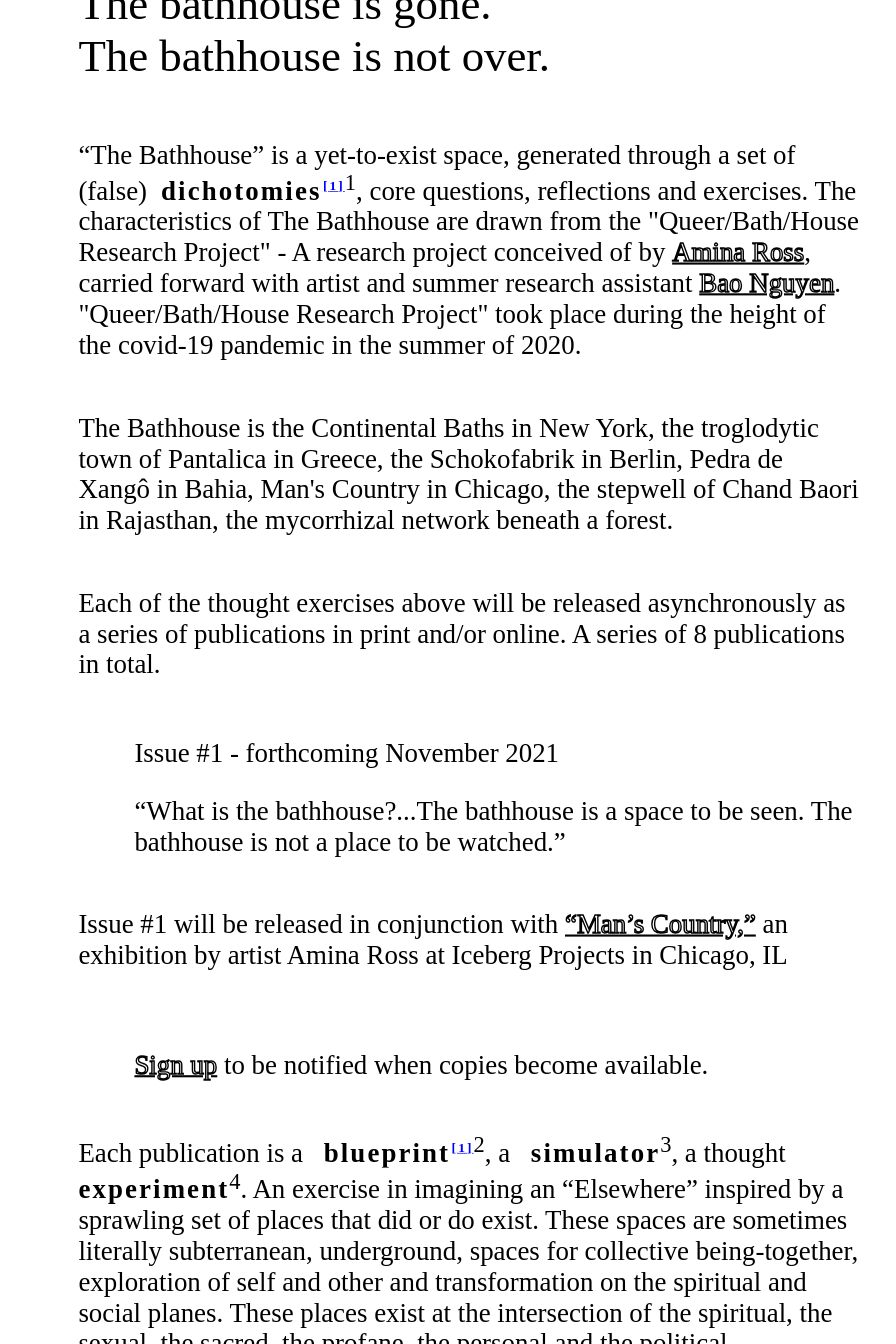
Repository: ayoungblood2/bathhouse.online
Page: index.html
An editor plug-in stored every save of this project. The page is shown before and after the next save, followed by the edit.
The browser window is 1280 px wide. The pictures show the part of the page from y = 2070 to 3990 px (the page is 4404 px tall before and 4388 px after), at 70% of full size.
An inner scrolling area shows only its first screen. Backgrounds fixed to the window are drawn as part of the page. Some web fonts or font styles are not loaded; a fallback is used.

Above is the page before, as saved 2021-10-16 17:25:38.
Not found: js/layout_main.js
Not found: js/three_main.js
Not found: style.css

### index.html
<!DOCTYPE html>
<html>

<head>
    <meta charset="UTF-8">
    <meta name="viewport" content="width=device-width, initial-scale=1.0, maximum-scale=1.0, user-scalable=no" />
    <title>bathhouse.online</title>
    <link rel="apple-touch-icon" sizes="180x180" href="/apple-touch-icon.png">
    <link rel="icon" type="image/png" sizes="32x32" href="/favicon-32x32.png">
    <link rel="icon" type="image/png" sizes="16x16" href="/favicon-16x16.png">
    <link rel="manifest" href="/site.webmanifest">
    <link rel="stylesheet" href="style.css">
    <script src="http://code.jquery.com/jquery-1.12.0.min.js"></script>
    <link rel='dns-prefetch' href='//ajax.googleapis.com' />
    <meta name="keywords" content="Amina Ross, Avery Youngblood">
    <meta name="author" content="Avery Youngblood">
    <script type="text/javascript" src="./js/layout_main.js"></script>
    <script type="text/javascript" src="./js/three_main.js"></script>

    <style>
        @font-face {
            font-family: Avenir Next Heavy;
            src: url(fonts/AvenirNext.ttc);
        }

        body,
        html {
            height: 100%;
            width: 100%;
            margin: 0;
            overflow-x: hidden;
        }

        *,
        *:before,
        *:after {
            box-sizing: inherit;
        }

        .bg {

            /* background-image: url('images/20211010224425098.gif'); */


            /* Full height */
            height: 100%;

            /* Center and scale the image nicely */
            background-position: center;
            background-repeat: no-repeat;
            background-size: cover;
            position: relative;
            top: 0;
            left: 0;

            /* padding: 100px; */

            font-family: "Avenir Next Heavy";

        }




        .txt {
            position: absolute;
            top: 60px;
            left: 80px;
            font-family: "Avenir Next Heavy";
        }

        h1 {
            font-size: 10vw;
            text-align: center;
        }

        p {
            font-size: 3vw;
        }

        .parallax {
            /* The image used */
            background-image: url('images/20211010224425098.gif');

            /* Full height */
            height: 100%;

            /* Create the parallax scrolling effect */
            background-attachment: fixed;
            background-position: center;
            background-repeat: no-repeat;
            background-size: cover;
        }

        .container {
            padding: 10px;
            width: 2em;
        }

        .item {
            width: 50%;
            width: fit-content;
            padding: 5px;
            margin-bottom: 1em;
        }


        @media only screen and (max-width:900px) {
            h1 {
                font-size: 8vw;
            }

            .bg {
                padding: 0px;
            }

            p {
                font-size: 2vw;
            }
        }

        .top {
            padding: 1em;
            /* display: grid; */
            /* grid-gap: 3em; */
            grid-template-columns: repeat(1, 250px);
        }

        .quote {
            padding: 1em;
            /* border-radius: .3em; */
            /* box-shadow: 10px 10px 30px rgba(0, 0, 0, 0.1); */
        }

        p {
            margin-top: 0;
            margin-right: 20px;
            font-size: 3vw;
        }

        span {
            font-weight: bold;
            position: relative;
            margin-left: 20px;
        }

        :before {
            content: '';
            position: fixed;
            height: 1px;
            width: 20px;
            /* border-bottom: 1px solid black; */
            top: 20px;
        }




        @media(min-width:950px) {
            .top {
                grid-template-columns: repeat(2, 250fr);
            }
        }

        .tab {
            margin-left: 80px;
        }

        footer {
            margin-top: 50px;
            border-top: 5px solid black;
            font-size: 2vw;
        }

        footer ol {
            padding-left: 20px;
        }

        /**
 * Initialiazing a `footnotes` counter on the wrapper
 */
        article {
            counter-reset: footnotes;
        }

        /**
 * Inline footnotes references
 * 1. Increment the counter at each new reference
 * 2. Reset link styles to make it appear like regular text
 */
        [aria-describedby="footnote-label"] {
            counter-increment: footnotes;
            /* 1 */
            text-decoration: none;
            /* 2 */
            color: inherit;
            /* 2 */
            cursor: default;
            /* 2 */
            outline: none;
            /* 2 */
        }

        /**
 * Actual numbered references
 * 1. Display the current state of the counter (e.g. `[1]`)
 * 2. Align text as superscript
 * 3. Make the number smaller (since it's superscript)
 * 4. Slightly offset the number from the text
 * 5. Reset link styles on the number to show it's usable
 */
        [aria-describedby="footnote-label"]::after {
            content: '['counter(footnotes) ']';
            /* 1 */
            vertical-align: super;
            /* 2 */
            font-size: 0.5em;
            /* 3 */
            margin-left: 2px;
            /* 4 */
            color: blue;
            /* 5 */
            text-decoration: underline;
            /* 5 */
            cursor: pointer;
            /* 5 */
        }

        /**
 * Resetting the default focused styles on the number
 */
        [aria-describedby="footnote-label"]:focus::after {
            outline: thin dotted;
            outline-offset: 2px;
        }

        [aria-label="Back to content"] {
            font-size: 0.8em;
        }

        /**
 * Highlight target note
 */
        footer :target {
            background: yellow;
        }

        /**
 * Visually hidden yet accessible content
 */
        .visually-hidden {
            position: absolute;
            clip: rect(0 0 0 0);
            visibility: hidden;
            opacity: 0;
        }
    </style>

<body>


    <div class="parallax"></div>

    <div class="bg"></div>

    <div class="txt">

        <h1>bathhouse.online</h1>



        <div class="top">
            <div class="quote">

                <p style="font-size: 5vw;">

                    The bathhouse is safe. <br>The bathhouse is not secure.<br><br>
                    The bathhouse is a space to be seen. <br>The bathhouse is not a place to be watched.<br><br>
                    The bathhouse is sensual. <br>The bathhouse is not unspiritual.<br><br>
                    The bathhouse is a space for meaningful work. <br>The bathhouse is not a workplace.<br><br>
                    The bathhouse is a technology. <br>The bathhouse is not a machine.<br><br>
                    The bathhouse is immersive. <br>The bathhouse is not without a body.<br><br>
                    The bathhouse is sweating. <br>The bathhouse is not drained.<br><br>
                    The bathhouse is gone. <br>The bathhouse is not over.<br>
                </p>

                <br>

                <p>
                    “The Bathhouse” is a yet-to-exist space, generated through a set of (false)<span
                        style="letter-spacing: 3px;"><a href="#footnotes" aria-describedby="footnote-label"
                            id="footnotes-ref">dichotomies</a></span><sup>1</sup>,
                    core questions, reflections and exercises. The characteristics of The Bathhouse are drawn from the
                    "Queer/Bath/House Research Project" - A research project conceived of by <a
                        style="color: white; -webkit-text-stroke: 2px black;" href=aminaross.com>Amina
                        Ross</a>, carried forward with artist and summer research assistant <a
                        style="color: white; -webkit-text-stroke: 2px black;" href=https://nguyenbao.myportfolio.com>
                        Bao Nguyen</a>. "Queer/Bath/House Research Project" took place during the
                    height of the covid-19 pandemic in the summer of 2020.

                </p>
                <br> <br>
                <p>
                    The Bathhouse is the Continental Baths in New York, the troglodytic town of Pantalica in Greece, the
                    Schokofabrik in Berlin, Pedra de Xangô in Bahia, Man's Country in Chicago, the stepwell of Chand
                    Baori in Rajasthan, the mycorrhizal network beneath a forest.


                </p>
                <br> <br>
                <p>
                    Each of the thought exercises above will be released asynchronously as a series of publications in
                    print and/or online. A series of 8 publications in total.<br><br>
                <p class="tab">Issue #1 - forthcoming November 2021</p>
                <p class="tab">“What is the bathhouse?...The bathhouse is a space to be seen. The bathhouse is not a
                    place to be
                    watched.”</p>
                </p>
                <br> <br>
                <p>
                    Issue #1 will be released in conjunction with <a
                        style="color: white; -webkit-text-stroke: 2px black;" href=https://icebergchicago.com>“Man’s
                        Country,”</a> an exhibition by artist Amina Ross at Iceberg Projects in Chicago, IL
                </p>
                <br> <br>
                <p>

                <p class="tab"><a style="color: white; -webkit-text-stroke: 2px black;"
                        href=https://forms.gle/NMAofWzGxNe4W74i9>Sign up</a> to be notified when copies become
                    available.</p>

                </p>
                <br> <br>
                <p>
                    Each publication is a <span style="letter-spacing: 3px;"><a href="#css" aria-describedby="footnote-label" id="css-ref">blueprint</a></span><sup>2</sup>, a <span
                        style="letter-spacing: 3px;">simulator</span><sup>3</sup>, a thought <span
                        style="letter-spacing: 3px;">experiment</span><sup>4</sup>. An exercise in imagining an
                    “Elsewhere” inspired by a sprawling set of places that did or do exist. These spaces are sometimes
                    literally subterranean, underground, spaces for collective being-together, exploration of self and
                    other and transformation on the spiritual and social planes. These places exist at the intersection
                    of the spiritual, the sexual, the sacred, the profane, the personal and the political.

                </p>
                <br> <br>


                <footer>

                    <ol>
                        <li id="footnotes"><a style="text-decoration: none; color: black;"
                                href=https://www.lexico.com/en/definition/dichotomy>“a division or contrast between two
                                things that
                                are or are represented as
                                being opposed or entirely different.”</a>
                                <a href="#footnotes-ref" aria-label="Back to content" style="color: black; text-decoration: none;">↩</a>
                        </li>

                        <li id="css"><a style="text-decoration: none; color: black;"
                                href=https://www.merriam-webster.com/dictionary/blueprint#:~:text=Blueprint%20%7C%20Definition%20of%20Blueprint%20by%20Merriam%2DWebster>"
                                a photographic print in white on a bright blue ground or blue on a white ground
                                used especially for copying maps, mechanical drawings, and architects' plans"</a>
                        </li>

                        <li id="css-counters"><a style="text-decoration: none; color: black;"
                                href=https://www.merriam-webster.com/dictionary/simulator>"a device that enables the
                                operator to reproduce or represent under test
                                conditions phenomena likely to occur in actual performance"</a>
                        </li>
                    </ol>
                </footer>


            </div>


        </div>

    </div>


</body>

<script>
    $(function () {
        var previousScroll = 0;
        $(window).scroll(function (event) {
            var scroll = $(this).scrollTop();
            var heading = $('.parallax');

            if (scroll > 600) {
                console.log('scrolling down');
                heading.fadeIn("slow", function () {
                    heading.css('opacity', '0.4');
                });
            } else {
                heading.fadeIn("slow", function () {
                    heading.css('opacity', '1');
                });
            }
            previousScroll = scroll;
        });
    })
</script>
</head>

</html>

After the next save:
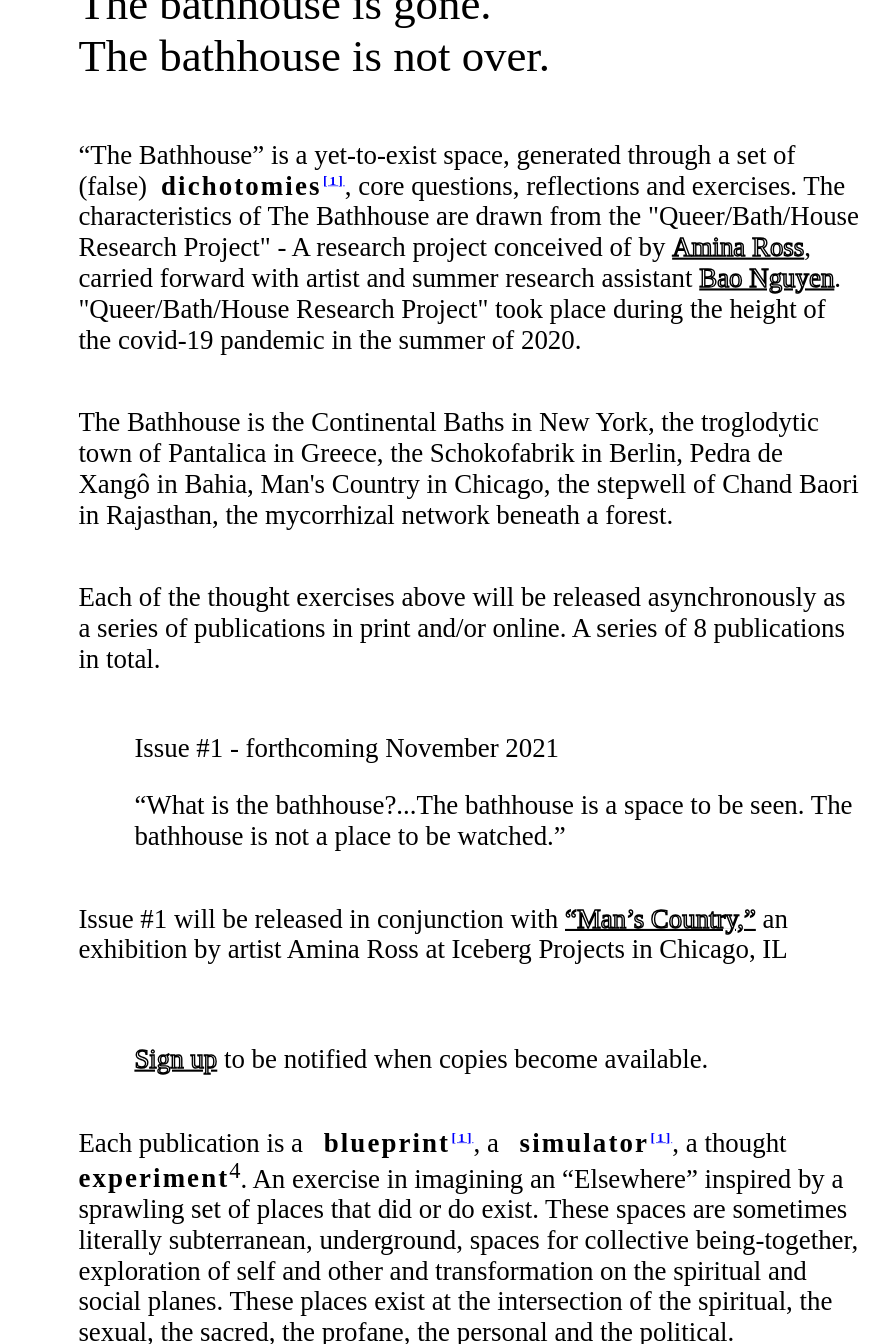
Saved 74 s later.
--- a/index.html
+++ b/index.html
@@ -289,7 +289,7 @@
                 <p>
                     “The Bathhouse” is a yet-to-exist space, generated through a set of (false)<span
                         style="letter-spacing: 3px;"><a href="#footnotes" aria-describedby="footnote-label"
-                            id="footnotes-ref">dichotomies</a></span><sup>1</sup>,
+                            id="footnotes-ref">dichotomies</a></span>,
                     core questions, reflections and exercises. The characteristics of The Bathhouse are drawn from the
                     "Queer/Bath/House Research Project" - A research project conceived of by <a
                         style="color: white; -webkit-text-stroke: 2px black;" href=aminaross.com>Amina
@@ -332,8 +332,10 @@
                 </p>
                 <br> <br>
                 <p>
-                    Each publication is a <span style="letter-spacing: 3px;"><a href="#css" aria-describedby="footnote-label" id="css-ref">blueprint</a></span><sup>2</sup>, a <span
-                        style="letter-spacing: 3px;">simulator</span><sup>3</sup>, a thought <span
+                    Each publication is a <span style="letter-spacing: 3px;"><a href="#css"
+                            aria-describedby="footnote-label" id="css-ref">blueprint</a></span>, a <span
+                        style="letter-spacing: 3px;"><a href="#css-counters" aria-describedby="footnote-label"
+                            id="css-counters-ref">simulator</a></span>, a thought <span
                         style="letter-spacing: 3px;">experiment</span><sup>4</sup>. An exercise in imagining an
                     “Elsewhere” inspired by a sprawling set of places that did or do exist. These spaces are sometimes
                     literally subterranean, underground, spaces for collective being-together, exploration of self and
@@ -352,7 +354,8 @@
                                 things that
                                 are or are represented as
                                 being opposed or entirely different.”</a>
-                                <a href="#footnotes-ref" aria-label="Back to content" style="color: black; text-decoration: none;">↩</a>
+                            <a href="#footnotes-ref" aria-label="Back to content"
+                                style="color: black; text-decoration: none;">↩</a>
                         </li>
 
                         <li id="css"><a style="text-decoration: none; color: black;"
